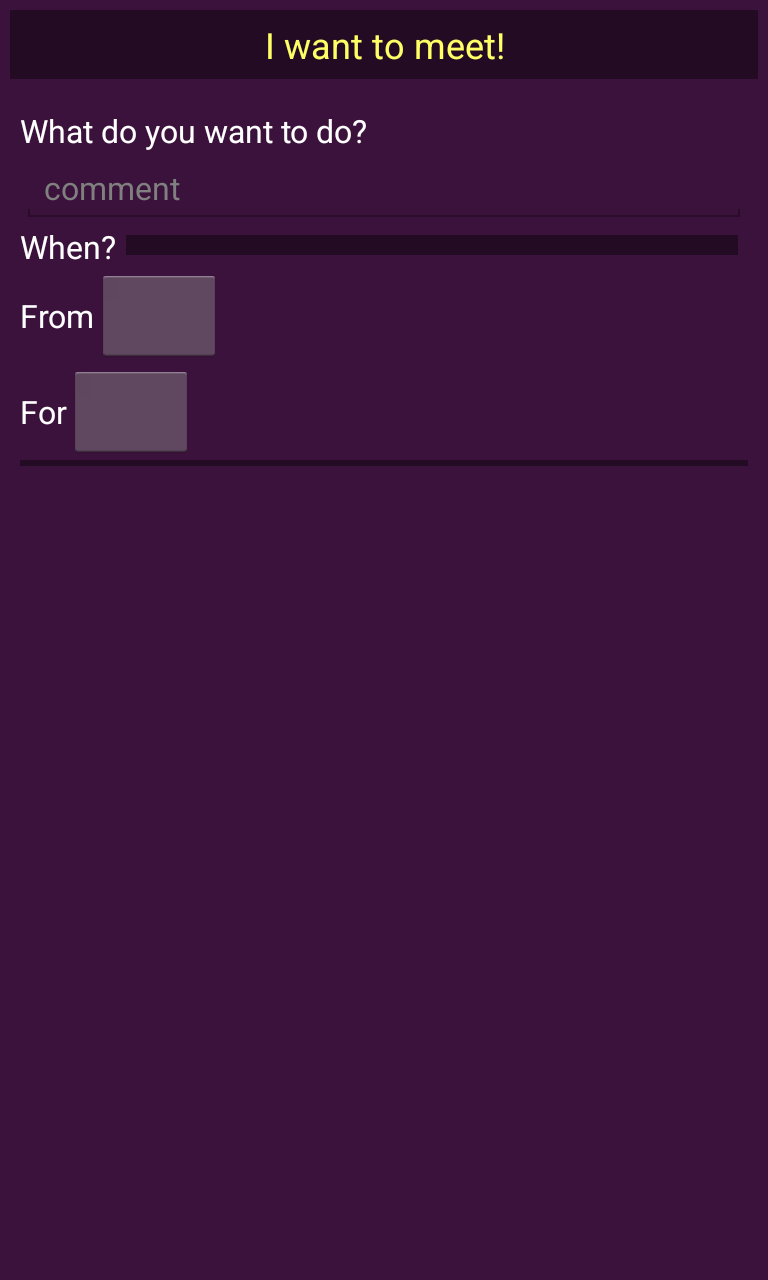
Repository: Valian/MeetMe
Layout: MeetMe/res/layout/activity_status_change.xml
These files come from the project's save history. The layout is drawn as it stood at one moment and after the next save; the edit follows.
It is drawn on a 768 x 1280 px phone screen (xhdpi) without system bars, with theme AppTheme; the app's code is not run.

Above is the layout before, as saved 2014-01-10 00:59:11.

After the next save:
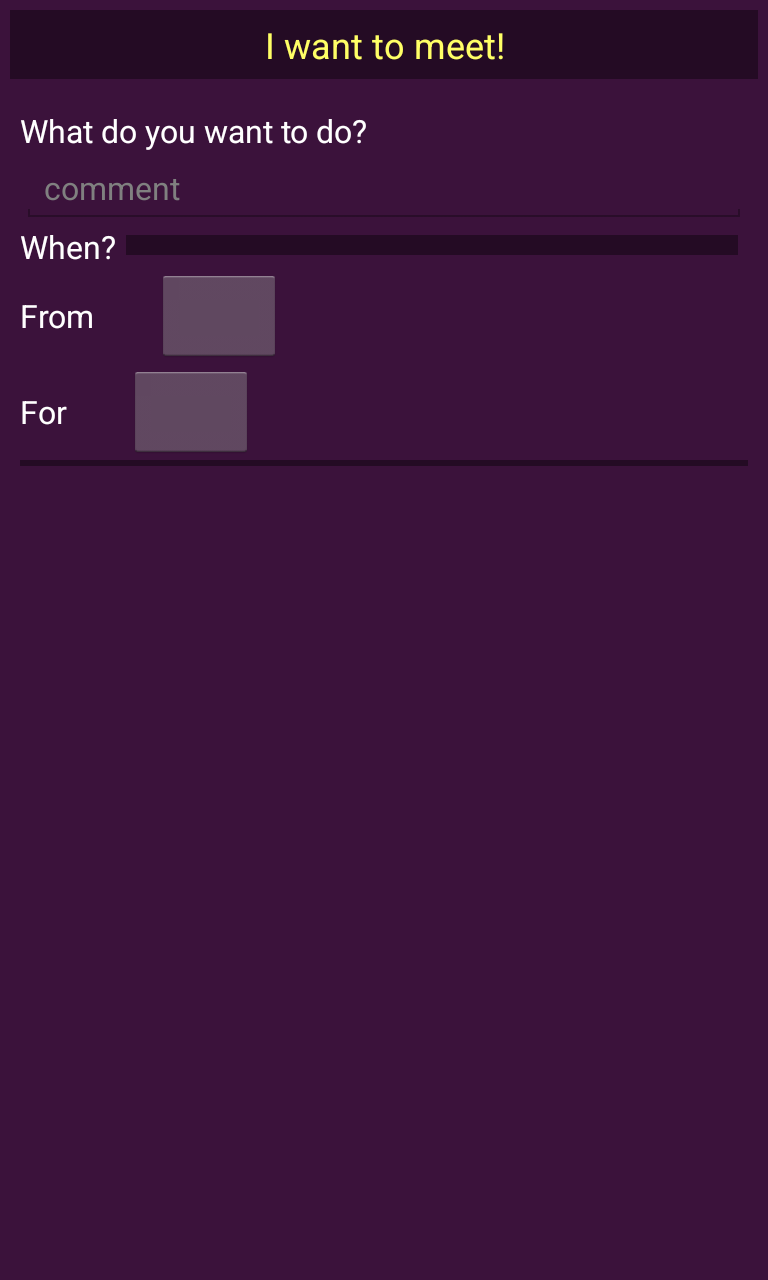
Saved 28 s later.
--- a/MeetMe/res/values/styles.xml
+++ b/MeetMe/res/values/styles.xml
@@ -65,7 +65,7 @@
    </style>
 
    <style name="InlineButton">
-        <item name="android:margin_left">30dp</item>
+        <item name="android:layout_marginLeft">30dp</item>
        	<item name="android:layout_width">wrap_content</item>
 		<item name="android:layout_height">wrap_content</item>
 		<item name="android:textSize">@dimen/main_menu_text</item>
